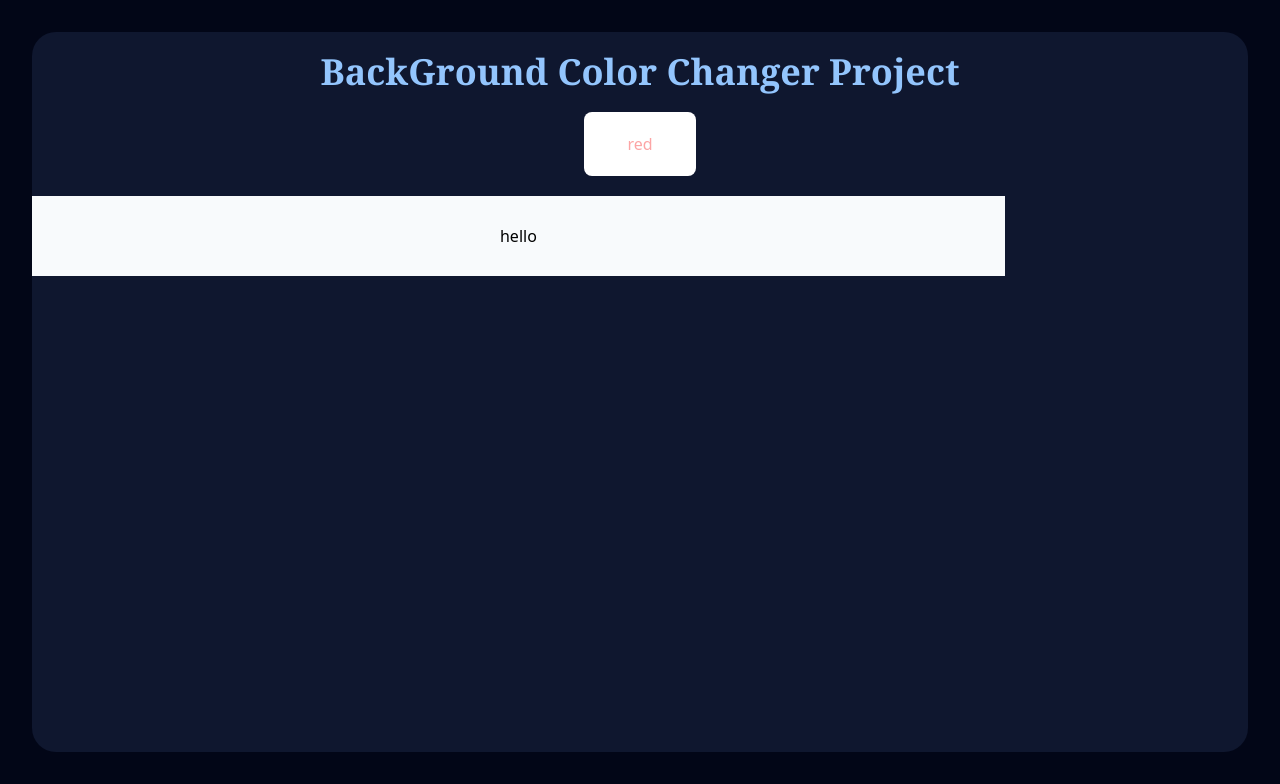
Repository: ChaitanyMishra/react-daily-work
Page: / (app in day-04-react/bg_color_changer/)
These files come from the project's save history. The page is drawn as it stood at one moment and after a run of saves; the edit follows.
The browser window is 1280 px wide. The pictures show the whole page.
The project was rebuilt for these pictures with package versions that can differ from the ones it lists, and the page was loaded fresh each time. Also part of the build but not shown: day-04-react/bg_color_changer/vite.config.js.

Above is the page before, as saved 2025-06-20 17:05:27.

After the next 5 saves:
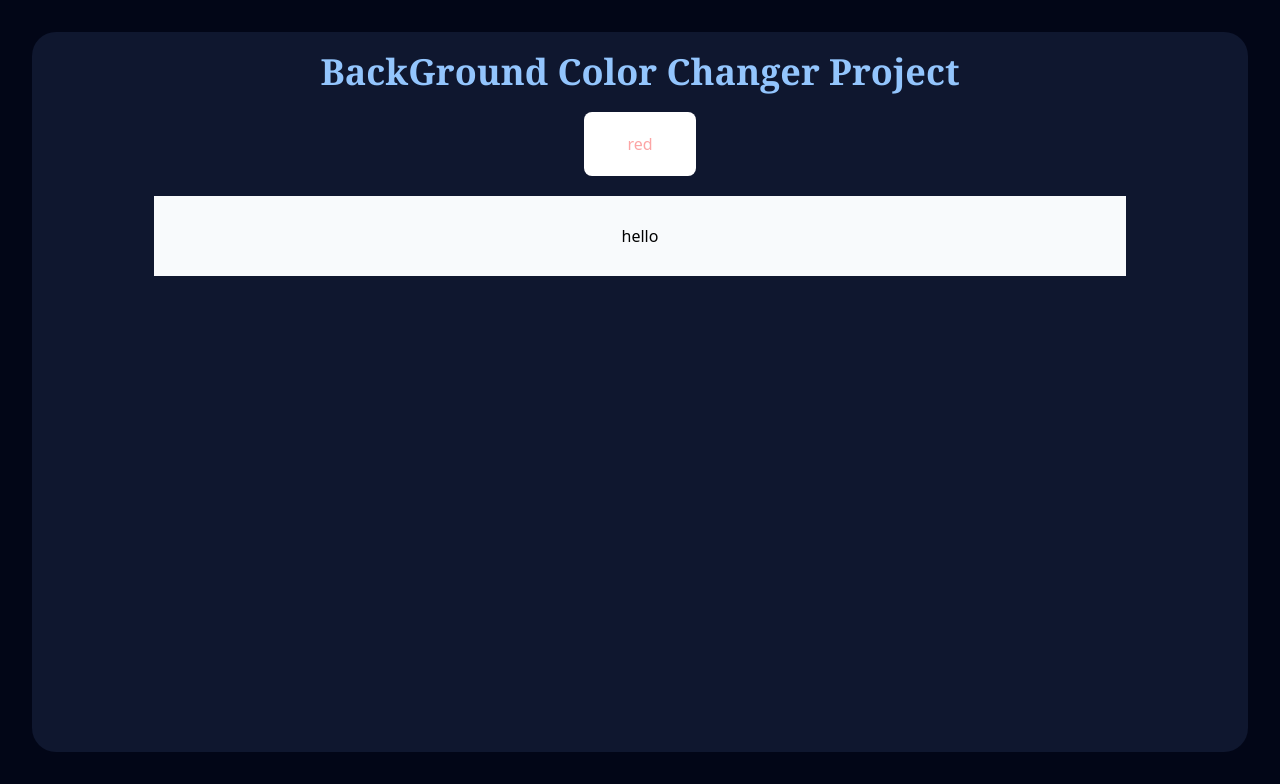
The 5 saves are shown as one change because they came seconds apart.
The last was saved 18 s later.
--- a/day-04-react/bg_color_changer/src/backGrounColorChanger/bgChange.jsx
+++ b/day-04-react/bg_color_changer/src/backGrounColorChanger/bgChange.jsx
@@ -1,6 +1,6 @@
 export default function ChangeBgColor(){
     return(
-        <div className=" h-[5rem] w-[80%] bg-slate-50 flex flex-wrap justify-center items-center ">
+        <div className=" h-[5rem] w-[80%] bg-slate-50 flex flex-wrap justify-center items-center m-auto ">
             hello
         </div>
 
